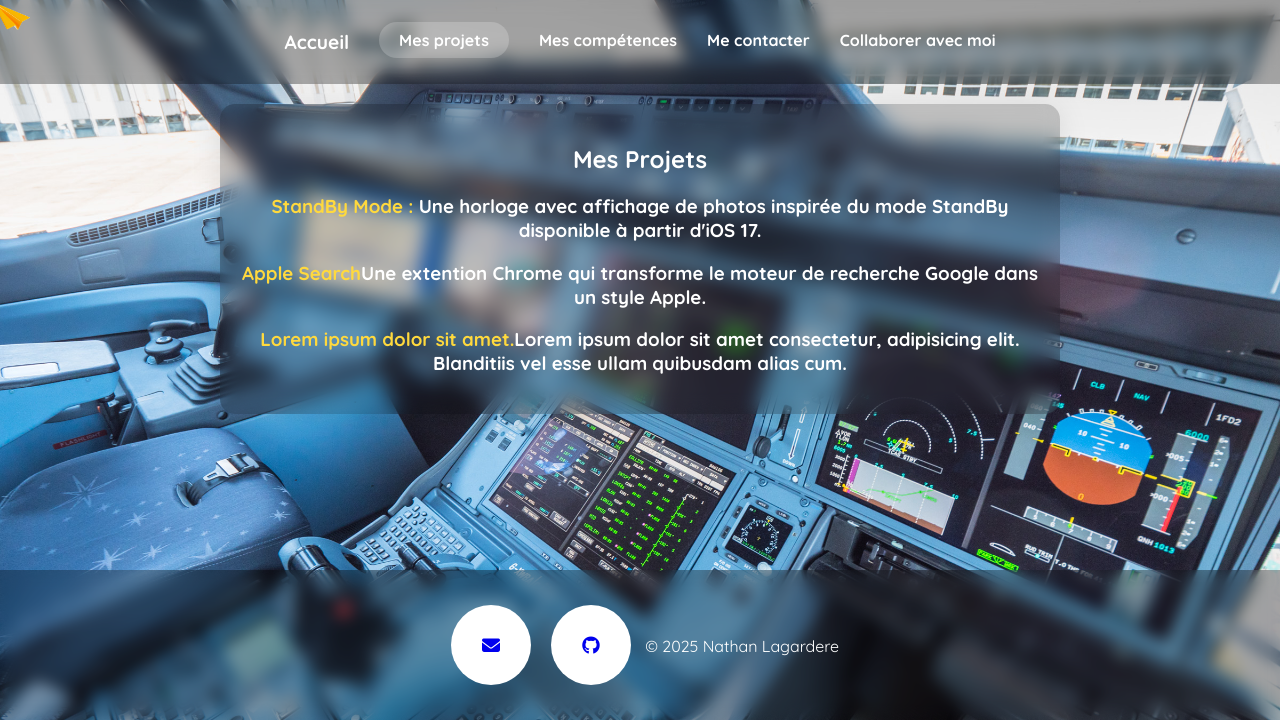
Repository: nlagardere/myportfolio
Page: projects.html
The author's editor kept a copy of each file at every save. The page is drawn from the files as they stood at one save, then again after the next save.
The browser window is 1280 px wide. The pictures show the whole page.

Above is the page before, as saved 2025-09-07 12:03:18.

After the next save:
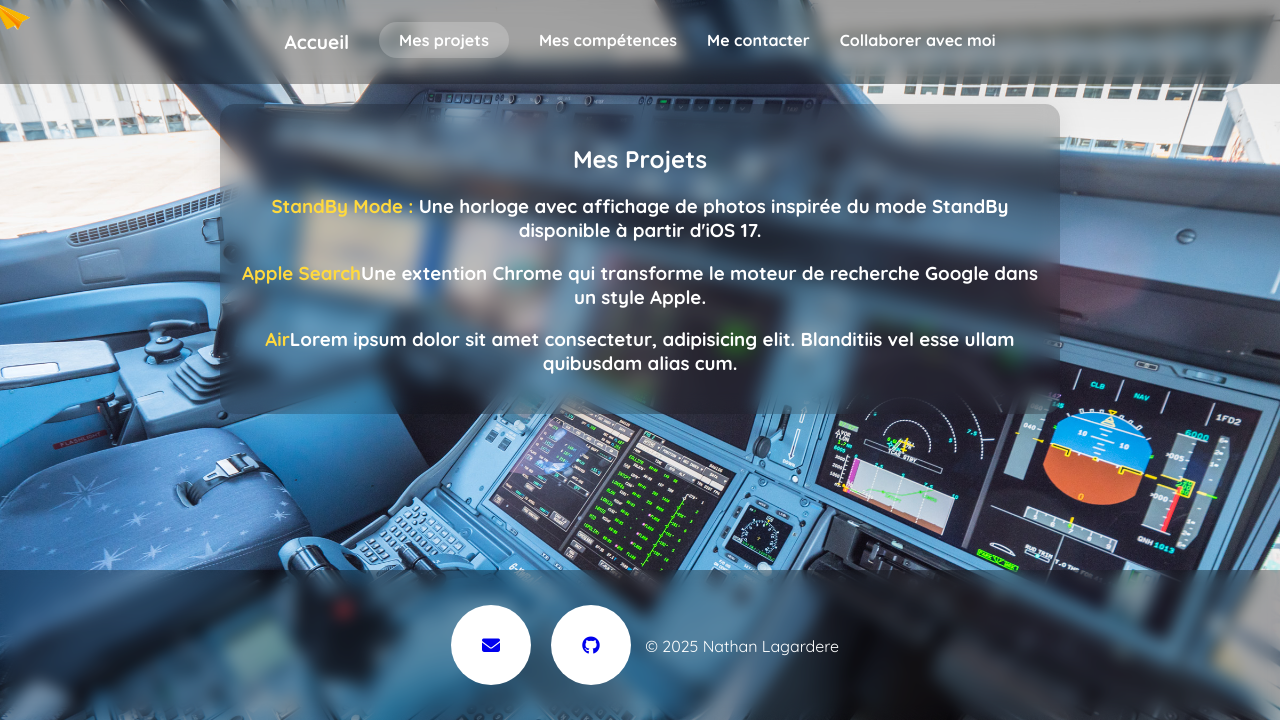
Saved 63 s later.
--- a/projects.html
+++ b/projects.html
@@ -237,7 +237,7 @@
       <h2>Mes Projets</h2>
       <h3><span class="highlight">StandBy Mode : </span>Une horloge avec affichage de photos inspirée du mode StandBy disponible à partir d'iOS 17.</h3>
       <h3><span class="highlight">Apple Search</span>Une extention Chrome qui transforme le moteur de recherche Google dans un style Apple.</h3>
-      <h3><span class="highlight">Lorem ipsum dolor sit amet.</span>Lorem ipsum dolor sit amet consectetur, adipisicing elit. Blanditiis vel esse ullam quibusdam alias cum.</h3>
+      <h3><span class="highlight">Air</span>Lorem ipsum dolor sit amet consectetur, adipisicing elit. Blanditiis vel esse ullam quibusdam alias cum.</h3>
     </div>
   </div>
 
